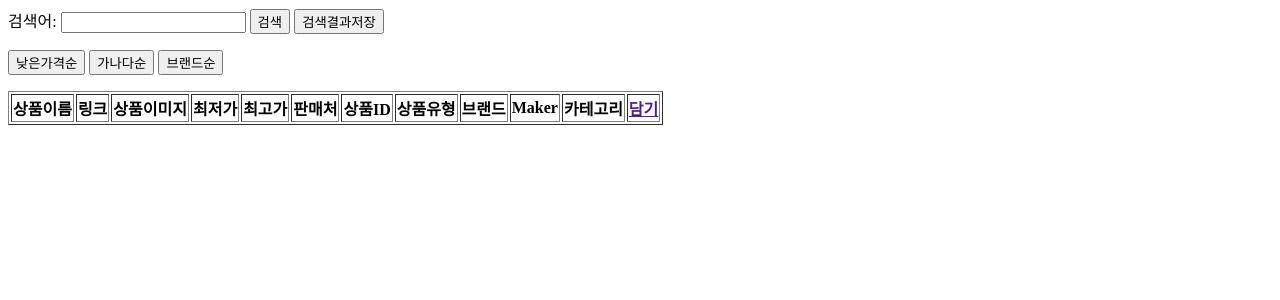
Repository: parkjiminnnn/NaverShoppingAPI
Page: http://localhost/Shop/main.jsp
These files come from the project's save history. The page is drawn as it stood at one moment and after the next save; the edit follows.
The browser window is 1280 px wide. The pictures show the whole page.
The page is served by Tomcat 9. Other server files are loaded and not shown.

Above is the page before, as saved 2023-11-17 12:43:41.

### Shop/WebContent/main.jsp
<%@ page language="java" contentType="text/html; charset=UTF-8" pageEncoding="UTF-8"%>
<%@page import="shop.DBconnect"%>
<%@ page import="shop.*" %>
<%@ page import="java.net.URLEncoder" %>
<%@ page import="java.util.*" %>

<%
    // 한글 깨짐 방지
    request.setCharacterEncoding("UTF-8");

    // 검색 결과를 저장할 리스트
    List<Data> searchResults = new ArrayList<>();

    // POST 메서드로 요청이 왔을 때 검색 수행
    if ("POST".equalsIgnoreCase(request.getMethod())) {
        // 사용자가 입력한 검색어 가져오기
        String searchTerm = request.getParameter("searchTerm");

        // 검색어가 비어있지 않다면 API 호출
        if (searchTerm != null && !searchTerm.isEmpty()) {
            // 네이버 API 호출
            String clientId = "iE6XydOWfru4IEU74MXl";
            String clientSecret = "m9Am_QmO2k";

            String text = URLEncoder.encode(searchTerm, "UTF-8");
            String apiURL = "https://openapi.naver.com/v1/search/shop?query="+text+"&display=100";
            Map<String, String> requestHeaders = new HashMap<>();
            requestHeaders.put("X-Naver-Client-Id", clientId);
            requestHeaders.put("X-Naver-Client-Secret", clientSecret);

            // 네이버 API 호출 메서드를 통해 결과 받아오기
            searchResults = NaverShop.parseItemsArray(NaverShop.get(apiURL, requestHeaders));
        }
    }
 // 저장 버튼이 클릭되면 DB에 저장
    if ("POST".equalsIgnoreCase(request.getMethod()) && request.getParameter("saveButton") != null) {
        DBconnect.saveToDatabase(searchResults);


%>
		<!--저장확인메시지 출력  -->
		<script>
            alert("데이터가 성공적으로 저장되었습니다.");
        </script>

<%
    }
    // 낮은가격순
   if(request.getParameter("lpriceButton") != null){
    Collections.sort(searchResults, (data1, data2) -> Integer.compare(Integer.parseInt(data1.getLprice()), Integer.parseInt(data2.getLprice())));
   }
    //가나다순
    if(request.getParameter("titleButton") != null){
    Collections.sort(searchResults, (data1, data2) -> data1.getTitle().compareTo(data2.getTitle()));

    }
    //브랜드순
    if(request.getParameter("brandButton") != null){
    	Collections.sort(searchResults, (data1, data2) -> data1.getBrand().compareTo(data2.getBrand()));
    }

%>




<html>
<head>
<meta charset="UTF-8">
<link rel="stylesheet" href="css/table.css">
    <title>Search Page</title>
</head>
<body>
<%
    request.setCharacterEncoding("UTF-8");
	String searchTerm = request.getParameter("searchTerm");
	if(searchTerm==null) searchTerm = "";

%>
    <form action="" method="post">
        <label for="searchTerm">검색어:</label>
        <input type="text" id="searchTerm" name="searchTerm" value="<%=searchTerm%>" required>
        <button type="submit">검색</button>
         <!-- 저장 버튼 추가 -->
    <button type="submit" name="saveButton">검색결과저장</button><p>
    <button type="submit" name="lpriceButton">낮은가격순</button>
    <button type="submit" name="titleButton">가나다순</button>
    <button type="submit" name="brandButton">브랜드순</button>

    </form>

    <%-- 검색 결과 출력 --%>
        <table border="1">
            <thead>
                <tr>
                    <th>상품이름</th>
                    <th>링크</th>
                    <th>상품이미지</th>
                    <th>최저가</th>
                    <th>최고가</th>
                    <th>판매처</th>
                    <th>상품ID</th>
                    <th>상품유형</th>
                    <th>브랜드</th>
                    <th>Maker</th>
                    <th>카테고리</th>
                    <th><a href="">담기</a></th>
                </tr>
            </thead>
    <% if (searchResults != null && !searchResults.isEmpty()) { %>
            <tbody>
                <% for (Data result : searchResults) { %>
                    <tr>
                        <td><%= result.getTitle() %></td>
                        <td><a href="<%= result.getLink() %>"><%= result.getLink() %></a></td>
                        <td><img alt="이미지" src="<%= result.getImage() %>" class="shopimg"></td>
                        <td><%= result.getLprice() %></td>
                        <td><%= result.getHprice() %></td>
                        <td><%= result.getMallName() %></td>
                        <td><%= result.getProductId() %></td>
                        <td><%= result.getProductType() %></td>
                        <td><%= result.getBrand() %></td>
                        <td><%= result.getMaker() %></td>
                        <td><%= result.getCategory1() %></td>
                        <td>담기</td>
                    </tr>
                <% } %>
            </tbody>
        </table>
    <% } else if ("POST".equalsIgnoreCase(request.getMethod())) { %>
        <p>검색결과가 없습니다..</p>
    <% } %>

</body>
</html>

### Shop/src/shop/Data.java
package shop;


public class Data {
	String title="";
	String link="";
	String image="";
	String lprice="";
	String hprice="";
	String mallName="";
	String productId="";
	String productType="";
	String brand="";
	String maker="";
	String category1 ="";
	public String getTitle() {
		return title;
	}
	public void setTitle(String title) {
		this.title = title;
	}
	public String getLink() {
		return link;
	}
	public void setLink(String link) {
		this.link = link;
	}
	public String getImage() {
		return image;
	}
	public void setImage(String image) {
		this.image = image;
	}
	public String getLprice() {
		return lprice;
	}
	public void setLprice(String lprice) {
		this.lprice = lprice;
	}
	public String getHprice() {
		return hprice;
	}
	public void setHprice(String hprice) {
		this.hprice = hprice;
	}
	public String getMallName() {
		return mallName;
	}
	public void setMallName(String mallName) {
		this.mallName = mallName;
	}
	public String getProductId() {
		return productId;
	}
	public void setProductId(String productId) {
		this.productId = productId;
	}
	public String getProductType() {
		return productType;
	}
	public void setProductType(String productType) {
		this.productType = productType;
	}
	public String getBrand() {
		return brand;
	}
	public void setBrand(String brand) {
		this.brand = brand;
	}
	public String getMaker() {
		return maker;
	}
	public void setMaker(String maker) {
		this.maker = maker;
	}
	public String getCategory1() {
		return category1;
	}
	public void setCategory1(String category1) {
		this.category1 = category1;
	}



}

### Shop/WebContent/css/table.css

.shopimg {
  width: 100px;
  height: 100px;

}

After the next save:
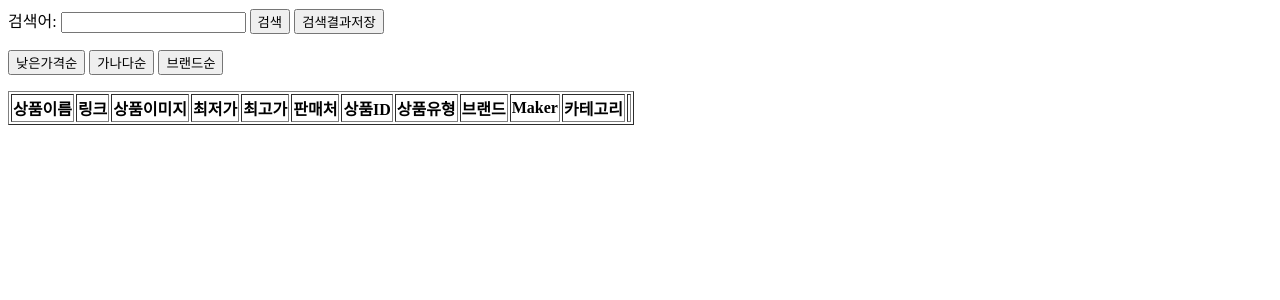
Saved 56 s later.
--- a/Shop/WebContent/main.jsp
+++ b/Shop/WebContent/main.jsp
@@ -104,7 +104,7 @@
                     <th>브랜드</th>
                     <th>Maker</th>
                     <th>카테고리</th>
-                    <th><a href="">담기</a></th>
+                    <th> </th>
                 </tr>
             </thead>
     <% if (searchResults != null && !searchResults.isEmpty()) { %>
@@ -122,7 +122,7 @@
                         <td><%= result.getBrand() %></td>
                         <td><%= result.getMaker() %></td>
                         <td><%= result.getCategory1() %></td>
-                        <td>담기</td>
+                        <td><a href="">담기</a></td>
                     </tr>
                 <% } %>
             </tbody>
